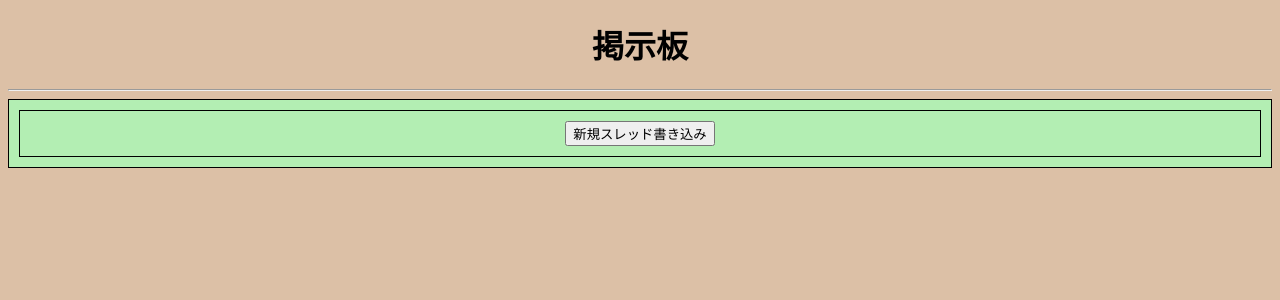
Repository: daidai0602/mba_portal
Page: http://localhost/php_2chan/
The author's editor kept a copy of each file at every save. The page is drawn from the files as they stood at one save, then again after the next save.
The browser window is 1280 px wide. The pictures show the whole page.
The page is run by PHP 8.4 with error messages shown; the project is at /var/www/html/. Queries for data that is not in the repository find no rows.

Above is the page before, as saved 2023-11-27 22:49:11.

### index.php
<?php

include_once("./app/database/connect.php");

?>

<!DOCTYPE html>
<html lang="en">

<head>
    <meta charset="UTF-8">
    <meta http-equiv="X-UA-Compatible" content="IE=edge">
    <meta name="viewport" content="width=device-width, initial-scale=1.0">
    <title>掲示板</title>
    <link rel="stylesheet" href="./assets/css/style.css">
</head>

<body>
    <?php include("app/parts/header.php"); ?>
    <?php include("app/parts/validation.php"); ?>
    <?php include("app/parts/thread.php"); ?>
    <?php include("app/parts/newThreadButton.php"); ?>
</body>

</html>

### app/database/connect.php
<?php
$user = "root";

//DBと接続
try{
  $pdo = new PDO('mysql:host=localhost;dbname=2chan-bbs', $user, "");
} catch (PDOException $error){
  echo $error->getMessage();
}

### app/parts/header.php
<header>
    <h1 class="title">掲示板</h1>
    <hr>
</header>

### app/parts/validation.php
    <!-- バリデーションチェックのエラー文吐きだし -->
    <?php if (isset($error_message)) : ?>
        <ul class="errorMessage">
            <?php foreach ($error_message as $error) : ?>
                <li><?php echo $error ?></li>
            <?php endforeach; ?>
        </ul>
    <?php endif; ?>

### app/parts/thread.php
<?php
include_once("./app/database/connect.php");
include("app/functions/comment_add.php");
include("app/functions/thread_get.php");
?>

<?php foreach ($thread_array as $thread) : ?>
    <div class="threadWrapper">
        <div class="childWrapper">
            <div class="threadTitle">
                <span>【タイトル】</span>
                <h1><?php echo $thread["title"] ?></h1>
            </div>

            <?php include("commentSection.php"); ?>
            <?php include("commentForm.php"); ?>

        </div>
    </div>
<?php endforeach ?>

### app/functions/comment_add.php
<?php
$error_message = array();

if (isset($_POST["submitButton"])) {

  //お名前入力チェック
  if(empty($_POST['username'])){
    $error_message["username"] = "お名前を入力してください。";
  }else {
    //エスケープ処理
    $escaped["username"] = htmlspecialchars($_POST["username"], ENT_QUOTES, "UTF-8");
  }
    //コメント入力チェック
  if(empty($_POST["body"])){
    $error_message["body"] = "コメントを入力してください。";
  } else {
    //エスケープ処理
    $escaped["body"] = htmlspecialchars($_POST["body"], ENT_QUOTES, "UTF-8");
  }

  if(empty($error_message)){
      $post_date = date("Y-m-d H:i:s");

      $sql = "INSERT INTO `comment` (`username`, `body`, `post_date`, `thread_id` )
      VALUES (:username, :body, :post_date, :thread_id);";
      $statement = $pdo->prepare($sql);

      //値をセットする
      $statement->bindParam(":username", $escaped["username"], PDO::PARAM_STR);
      $statement->bindParam(":body", $escaped["body"], PDO::PARAM_STR);
      $statement->bindParam(":post_date", $post_date, PDO::PARAM_STR);
      $statement->bindParam(":thread_id", $_POST["threadID"], PDO::PARAM_STR);

      $statement->execute();
  }
}

### app/functions/thread_get.php
<?php
$thread_array = array();

//コメントデータをテーブルから取得してくる.
$sql = "SELECT * FROM thread";
$statement = $pdo->prepare($sql);
$statement->execute();

$thread_array = $statement;

### app/parts/newThreadButton.php
<div class="newThreadWrapper">
  <div class="newChildThreadWrapper">
    <button><a href="app/pages/createThread.php">新規スレッド書き込み</a></button>
  </div>
</div>

### assets/css/style.css
body {
  background-color: #dcc0a6;
}
.title {
  text-align: center;
  font-style: 34px;
}
.threadWrapper {
  background-color: #f3eded;
  padding: 10px;
  max-width: 1300px;
  margin: 0px auto;
  border: 1px solid black;
  margin-bottom: 20px;
}
.childWrapper {
  border: 1px solid black;
  padding: 10px;
}
.threadTitle {
  display: flex;
  align-items: center;
  font-weight: 600;
  margin-left: 6px;
  height: 60px;
}
.threadTitle h1{
  color: red;
  margin-left: 3px;
  font-size: 27px;
}
section {
  padding: 0 10px;
}
section .nameArea {
  display: flex;
  align-items: center;
  margin-bottom: -14px;
}

section .username {
  color: rgb(0, 128, 9);
  font-weight: 700;
}

section .comment {
  margin-top: 0;
  margin-left:20px;
}

.formWrapper {
  padding: 16px;
  margin-left: 20px;
}

.commentTextArea {
  margin-top: 20px;
  width: 500px;
  height: 90px;
  resize: none;
}

.errorMessage {
  color: red;
  margin-left: 70px;
}

/*新規スレッド*/

.newThreadWrapper {
  background-color: #b3eeb3;
  padding: 10px;
  max-width: 1300px;
  margin: 0 auto;
  border: 1px solid black;
  margin-bottom: 20px;
}

.newChildThreadWrapper {
  text-align: center;
  padding: 10px;
  border: 1px solid black;
}

.newChildThreadWrapper button a {
  width: 150px;
  color: black;
  text-decoration: none;
}

After the next save:
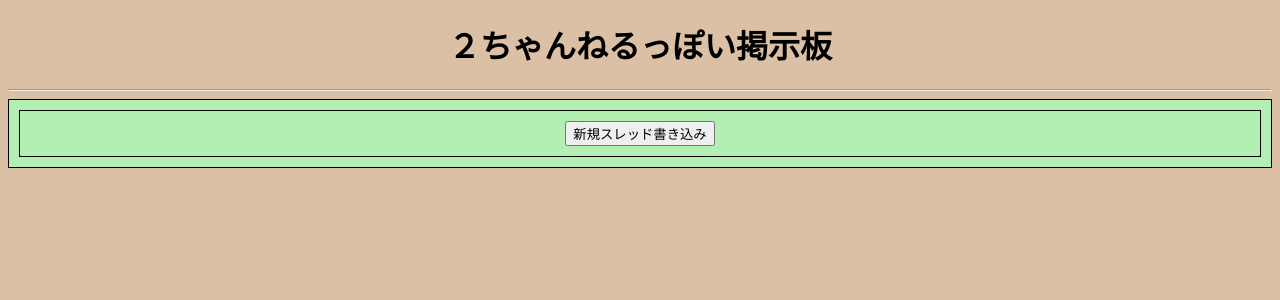
Saved 26 s later.
--- a/app/parts/header.php
+++ b/app/parts/header.php
@@ -1,4 +1,4 @@
 <header>
-    <h1 class="title">掲示板</h1>
+    <h1 class="title">２ちゃんねるっぽい掲示板</h1>
     <hr>
 </header>
